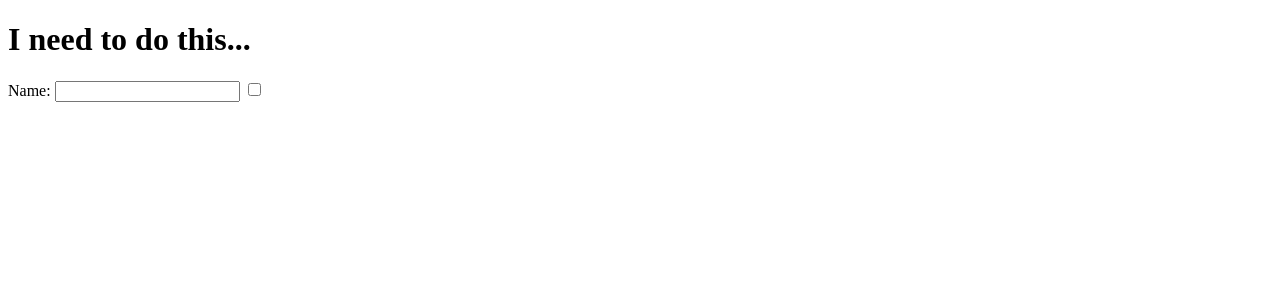
Repository: Shilldon/simple-django-todo
Page: http://localhost/add
The author's editor kept a record of every edit. The page is drawn from the files as they stood at one moment, then again after the next edit.
The browser window is 1280 px wide. The pictures show the whole page.
The page is served by the project's application, run on Django 2.2 (manage.py). Other server files are loaded and not shown.

Above is the page before.

### todo/views.py
from django.shortcuts import render, HttpResponse, redirect, get_object_or_404
from .models import Item
from .forms import ItemForm
# Create your views here.
# def say_hello(request):
#     return HttpResponse("Hello World")


def get_todo_list(request):
    results = Item.objects.all()
    return render(request,"todo_list.html",{'items':results})

def create_an_item(request):
    if request.method=="POST":
        # a post request - user is submitting the form
        form = ItemForm(request.POST,request.FILES)
        # creates a new form from ItemForm and is populated with the requests
        if form.is_valid():
            form.save()
        return redirect(get_todo_list)
        # just need to call save we do not need to define items because it knows from the original form class what fields there are

        # new_item = Item()
        # new_item.name = request.POST.get('name')
        # new_item.done = 'done' in request.POST
        # new_item.save()
    else:
        # user hasn't submitted for the page has just been rendered so return an empty form
        form = ItemForm()

    return render(request,"item_form.html", {'form':form})


def edit_an_item(request, id):
    item = get_object_or_404(Item, pk=id)
    # pk means primary key
    if request.method == "POST":
        form = ItemForm(request.POST, instance=item)
        if form.is_valid():
            form.save()
            return redirect(get_todo_list)
    else:
        form = ItemForm(instance=item)

    return render(request,"item_form.html", {'form':form})

def toggle_status(request,id):
    item = get_object_or_404(Item, pk=id)
    item.done=not item.done
    item.save()
    return redirect(get_todo_list)

### todo/templates/item_form.html
<!DOCTYPE html>
<html lang="en">
<head>
    <meta charset="UTF-8">
    <meta name="viewport" content="width=device-width, initial-scale=1.0">
    <meta http-equiv="X-UA-Compatible" content="ie=edge">
    <title>Document</title>
</head>
<body>
    <h1>I need to do this...</h1>
    <form method="POST">
        <label for="id_name">Name:</label>
        <input type="text" id="id_name" name="name"/>
        <input type="checkbox" id="id_done" name="done"/>
    </form>
</body>
</html>

### todo/forms.py
from django import forms
from .models import Item

class ItemForm(forms.ModelForm):
    class Meta:
        model = Item
        fields = ('name','done')

### todo/models.py
from django.db import models

# Create your models here.
class Item(models.Model):
    name = models.CharField(max_length=30,blank=False)
    done = models.BooleanField(blank=False, default=False)

    def __str__(self):
        return self.name

### django_todo/urls.py
"""django_todo URL Configuration

The `urlpatterns` list routes URLs to views. For more information please see:
    https://docs.djangoproject.com/en/1.11/topics/http/urls/
Examples:
Function views
    1. Add an import:  from my_app import views
    2. Add a URL to urlpatterns:  url(r'^$', views.home, name='home')
Class-based views
    1. Add an import:  from other_app.views import Home
    2. Add a URL to urlpatterns:  url(r'^$', Home.as_view(), name='home')
Including another URLconf
    1. Import the include() function: from django.conf.urls import url, include
    2. Add a URL to urlpatterns:  url(r'^blog/', include('blog.urls'))
"""
from django.conf.urls import url
from django.contrib import admin
# from todo.views import say_hello
from todo.views import get_todo_list, create_an_item, edit_an_item, toggle_status

urlpatterns = [
    url(r'^admin/', admin.site.urls),
    url(r'^$',get_todo_list),
    url(r'^add$',create_an_item),
    url(r'^edit/(?P<id>\d+)$',edit_an_item),
    url(r'^toggle/(?P<id>\d+)$',toggle_status)

    # ?P this is an expression coming up
    # <id> is the reference of the value passed into the expression
    #\ passing in regular rexpression - d+ is digit (d is a signle digit)

]

After the next edit:
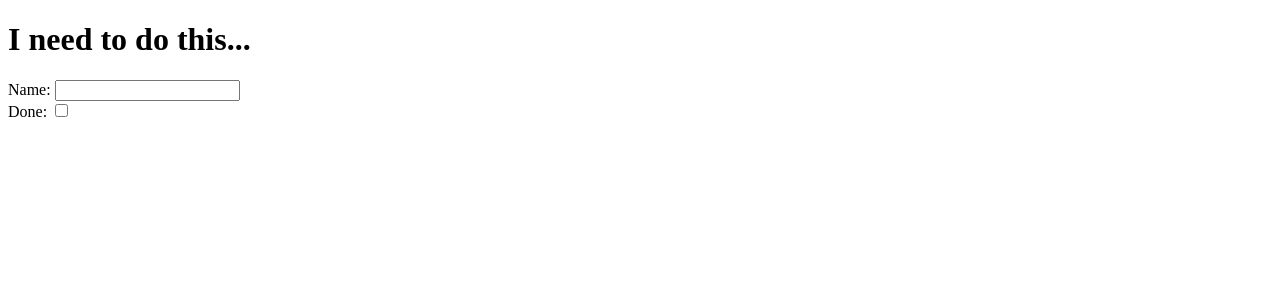
The edit:
--- a/todo/templates/item_form.html
+++ b/todo/templates/item_form.html
@@ -10,7 +10,8 @@
     <h1>I need to do this...</h1>
     <form method="POST">
         <label for="id_name">Name:</label>
-        <input type="text" id="id_name" name="name"/>
+        <input type="text" id="id_name" name="name"/><br>
+        <label for="id_done">Done:</label>
         <input type="checkbox" id="id_done" name="done"/>
     </form>
 </body>
